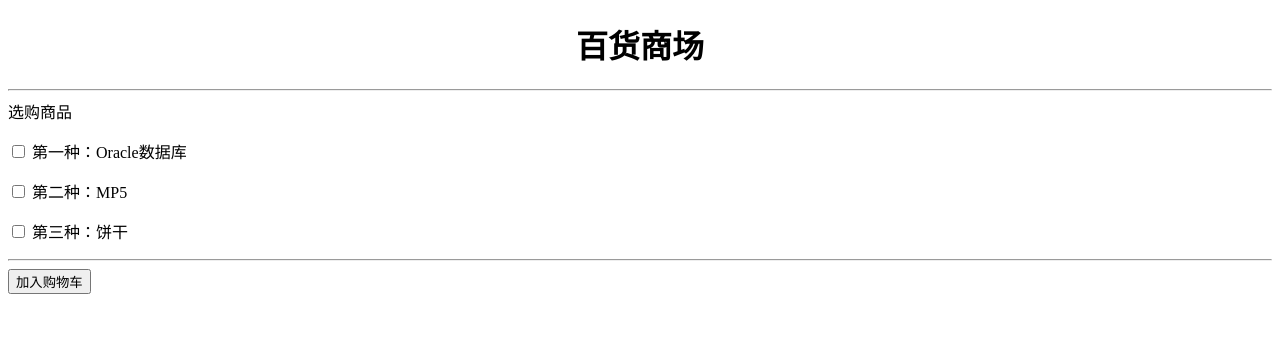
Repository: yueyue200830/Gym-Reservation
Page: http://localhost/try_cookie/shopping.jsp
An editor plug-in stored every save of this project. The page is shown before and after the next save, followed by the edit.
The browser window is 1280 px wide. The pictures show the whole page.
The page is served by Tomcat 9. Other server files are loaded and not shown.

Above is the page before, as saved 2019-01-03 07:03:07.

### try_cookie/WebContent/shopping.jsp
<%@ page language="java" contentType="text/html; charset=UTF-8"
    pageEncoding="UTF-8"%>
<!DOCTYPE html>
<html>
<head>
<meta charset="UTF-8">
<title>Insert title here</title>
</head>
<body>
  <center><h1>百货商场</h1></center>
  <hr>
  <form action="Shopping" method="POST">
    选购商品
    <p><input type="checkbox" name="item" value="0">
      第一种：Oracle数据库</p>
    <p><input type="checkbox" name="item" value="1">
      第二种：MP5</p>
    <p><input type="checkbox" name="item" value="2">
      第三种：饼干</p>
    <hr>
    <input type="submit" name="submit" value="加入购物车">
  </form>
</body>
</html>

After the next save:
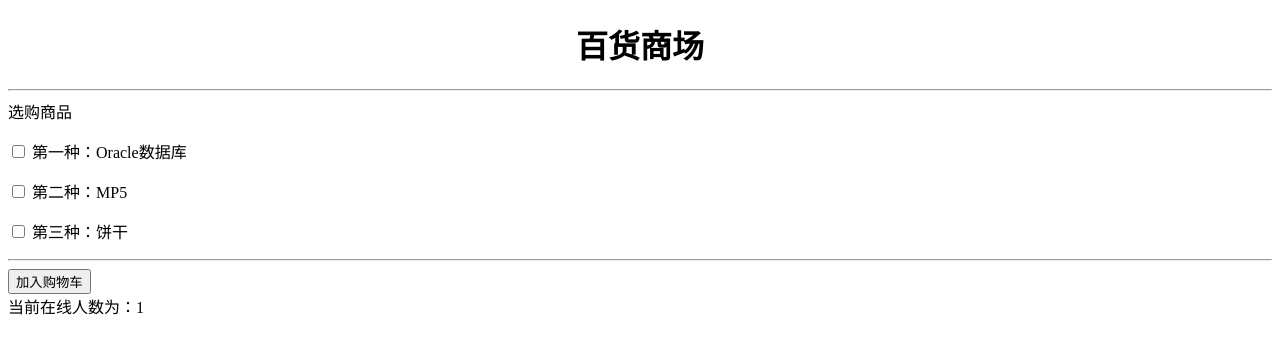
Saved 28 s later.
--- a/try_cookie/WebContent/shopping.jsp
+++ b/try_cookie/WebContent/shopping.jsp
@@ -20,5 +20,13 @@
     <hr>
     <input type="submit" name="submit" value="加入购物车">
   </form>
+  <%
+Integer counter=(Integer)application.getAttribute("counter");
+if(counter!=null){
+%>
+
+当前在线人数为：<%=counter %> <br>
+<% } %>
+
 </body>
 </html>
